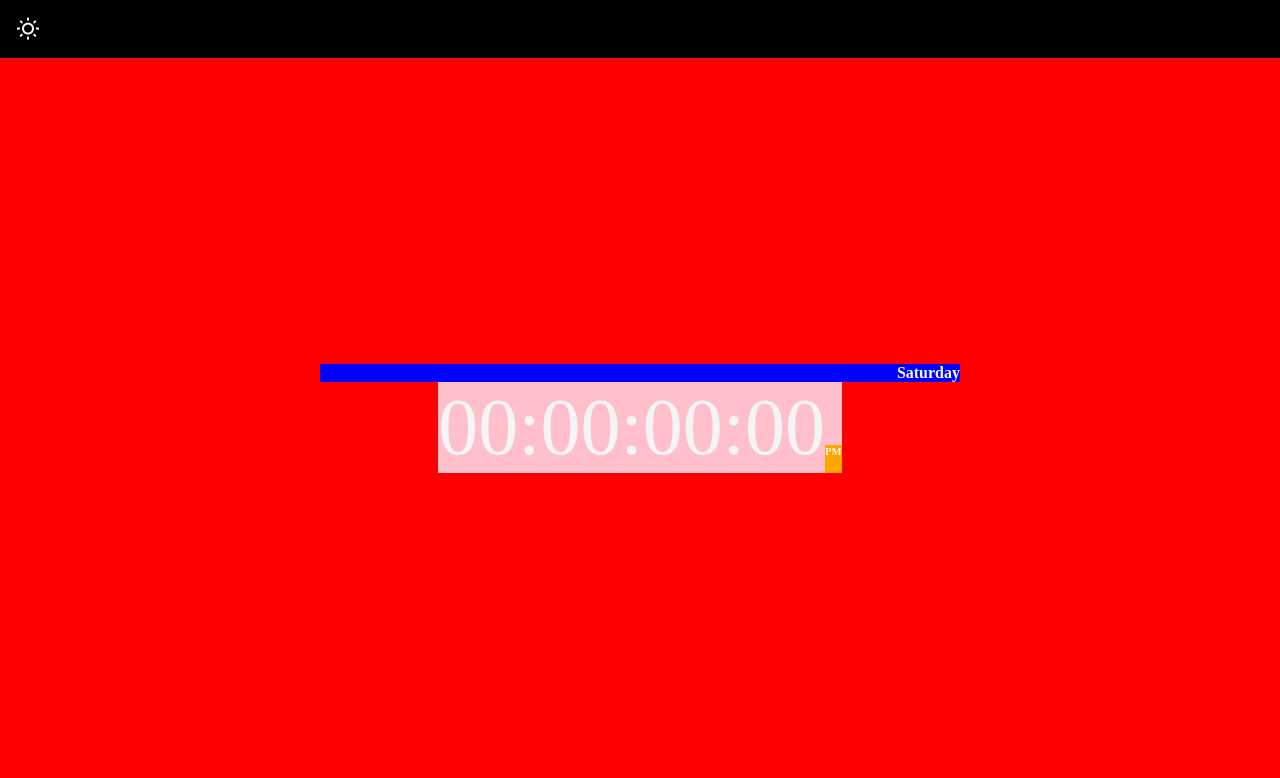
Repository: EguJaredoBoyd/Jared-Digital-Clock
Page: index.html
An editor plug-in stored every save of this project. The page is shown before and after the next save, followed by the edit.
The browser window is 1280 px wide. The pictures show the whole page.
Some web libraries are served in a nearby version.

Above is the page before, as saved 2026-01-03 23:37:20.

### index.html
<!DOCTYPE html>
<html lang="en">
  <head>
    <meta charset="UTF-8" />
    <meta name="viewport" content="width=device-width, initial-scale=1.0" />
    <link rel="stylesheet" href="./css/styles.css" />
    <link
      href="https://cdn.jsdelivr.net/npm/remixicon@4.8.0/fonts/remixicon.css"
      rel="stylesheet"
    />
    <title>Document</title>
  </head>
  <body>
    <header>
      <button><i class="ri-sun-line"></i></button>
    </header>

    <div class="watch-container">
      <div class="watch-container__day">
        <h4>Saturday</h4>
      </div>
      <div class="watch-container__time">
        <p>00:00:00:00</p>
        <h6>PM</h6>
      </div>
    </div>
  </body>
</html>

### css/styles.css
* {
  margin: 0;
  padding: 0;
}

html {
  font-size: 16px;
}

body {
  background-color: black;
  color: whitesmoke;
}

header {
  padding: 1rem;
}

header button {
  background: none;
  border: none;
}

header button i {
  font-size: 1.5rem;
  color: whitesmoke;
}

.watch-container {
  background-color: red;
  display: flex;
  flex-direction: column;
  justify-content: center;
  align-items: center;
  height: 100vh;
  width: 100vw;
}

.watch-container__day {
  background-color: blue;
  width: 50vw;
  display: flex;
  justify-content: end;
}

.watch-container__time {
  background-color: pink;
  display: flex;
}

.watch-container__time p {
  font-size: 5rem;
}

.watch-container__time h6 {
  background-color: orange;
  align-self: self-end;
  padding-bottom: 1rem;
}

After the next save:
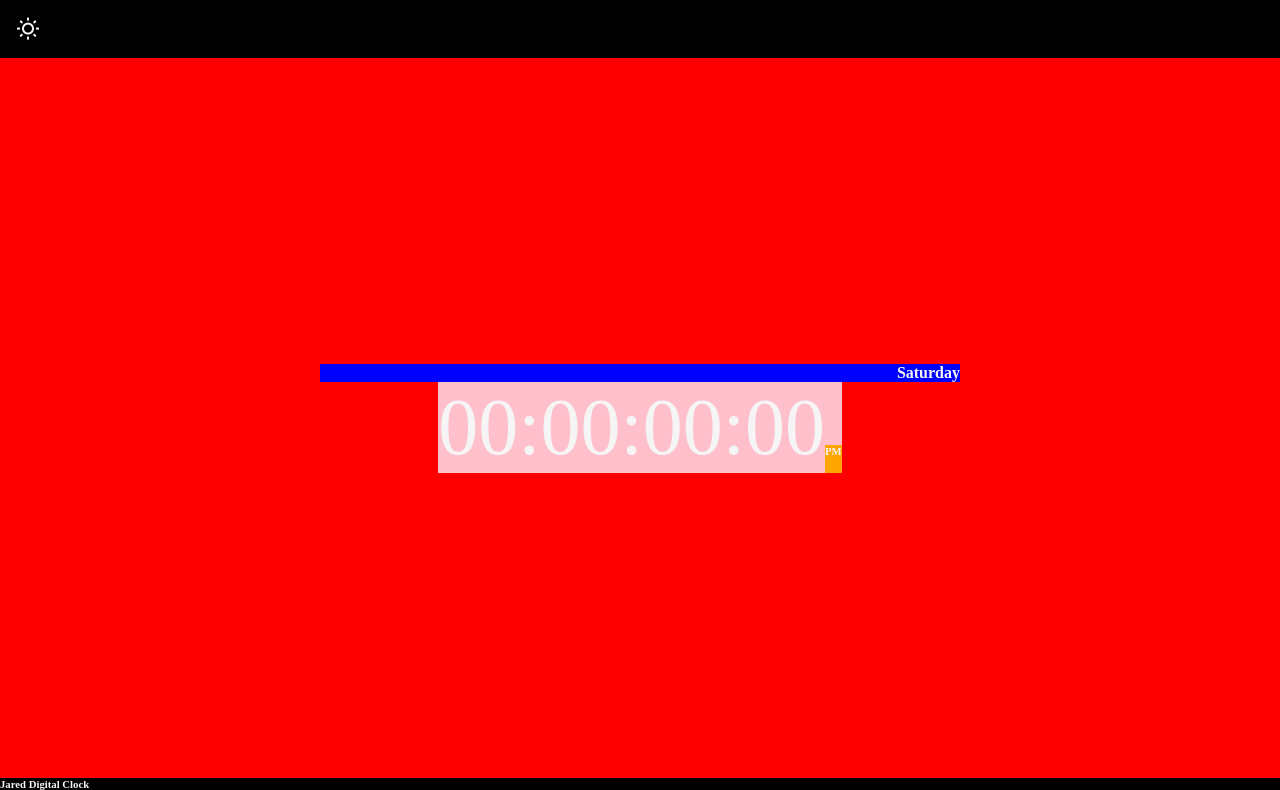
Saved 112 s later.
--- a/index.html
+++ b/index.html
@@ -24,5 +24,9 @@
         <h6>PM</h6>
       </div>
     </div>
+
+    <footer>
+      <h6>Jared Digital Clock</h6>
+    </footer>
   </body>
 </html>
